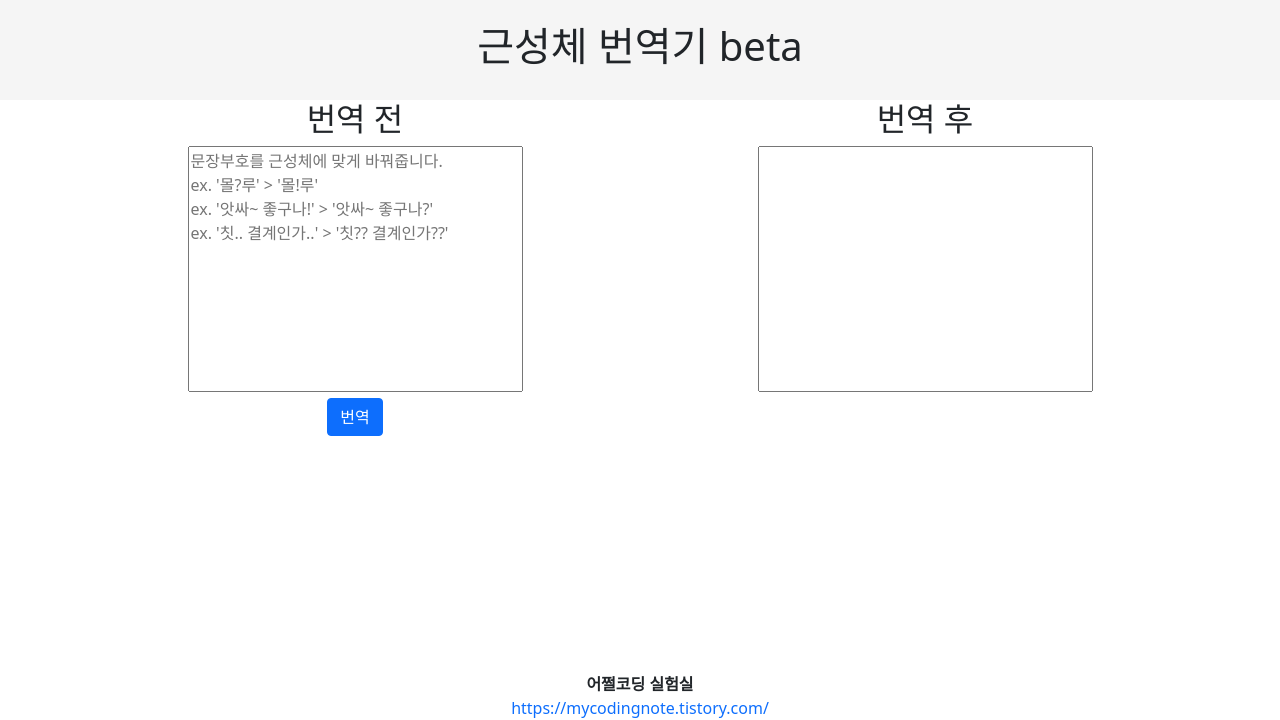
Repository: mickey530/jsp_practice
Page: http://localhost/JSPBasic/sungmo_send.jsp
These files come from the project's save history. The page is drawn as it stood at one moment and after the next save; the edit follows.
The browser window is 1280 px wide. The pictures show the whole page.
The page is served by Tomcat 9.

Above is the page before, as saved 2022-02-05 17:35:36.

### JSPBasic/src/main/webapp/sungmo_send.jsp
<%@ page language="java" contentType="text/html; charset=UTF-8"
    pageEncoding="UTF-8"%>
<!DOCTYPE html>
<html>
<head>
<meta charset="UTF-8">
<!-- 미디어 쿼리 -->
<meta name="viewport" content="width=device-width, initial-scale=1">
<!-- 부트스트랩 링크 -->
<link href="https://cdn.jsdelivr.net/npm/bootstrap@5.1.3/dist/css/bootstrap.min.css" rel="stylesheet" integrity="sha384-1BmE4kWBq78iYhFldvKuhfTAU6auU8tT94WrHftjDbrCEXSU1oBoqyl2QvZ6jIW3" crossorigin="anonymous">
<style>
	header {margin:0px; padding:20px; position:sticky; top:0px; background-color:whitesmoke; border:solid 2px whitesmoke;}
	h1, h2 {text-align:center;}
	textarea {resize:none;}
	footer {
		width:100%;
		text-align:center;
		position:fixed;
		left:0px;
		bottom:0px;
		}
	a {text-decoration:none;}

</style>
<title>근성체 번역기</title>
</head>
<body>

	<header>

		<h1>근성체 번역기 beta</h1>

	</header>

<div class="container-md">

	<div class="row">

		<div class="col">
			<h2>번역 전</h2>
			<form action="sungmo_getpost.jsp" method="get" style="text-align:center">
				<textarea name="text" placeholder="문장부호를 근성체에 맞게 바꿔줍니다.&#13;&#10;ex. '몰?루' > '몰!루'&#13;&#10;ex. '앗싸~ 좋구나!' > '앗싸~ 좋구나?'&#13;&#10;ex. '칫.. 결계인가..' > '칫?? 결계인가??' " rows="10" cols="34" resize="none"></textarea><br/>
				<input type="submit" class="btn btn-primary" value="번역"/>
			</form>
		</div>

		<div class="col">
			<h2>번역 후</h2>
			<div class="result">

				<form action="sungmo_getpost.jsp" method="get" style="text-align:center">
					<textarea name="text" rows="10" cols="34"></textarea><br/>
				</form>

			</div>

	</div>

</div>

<footer>
	<strong>어쩔코딩 실험실</strong><br/>
	<a href="https://mycodingnote.tistory.com/">https://mycodingnote.tistory.com/</a>
</footer>

</body>
</html>

After the next save:
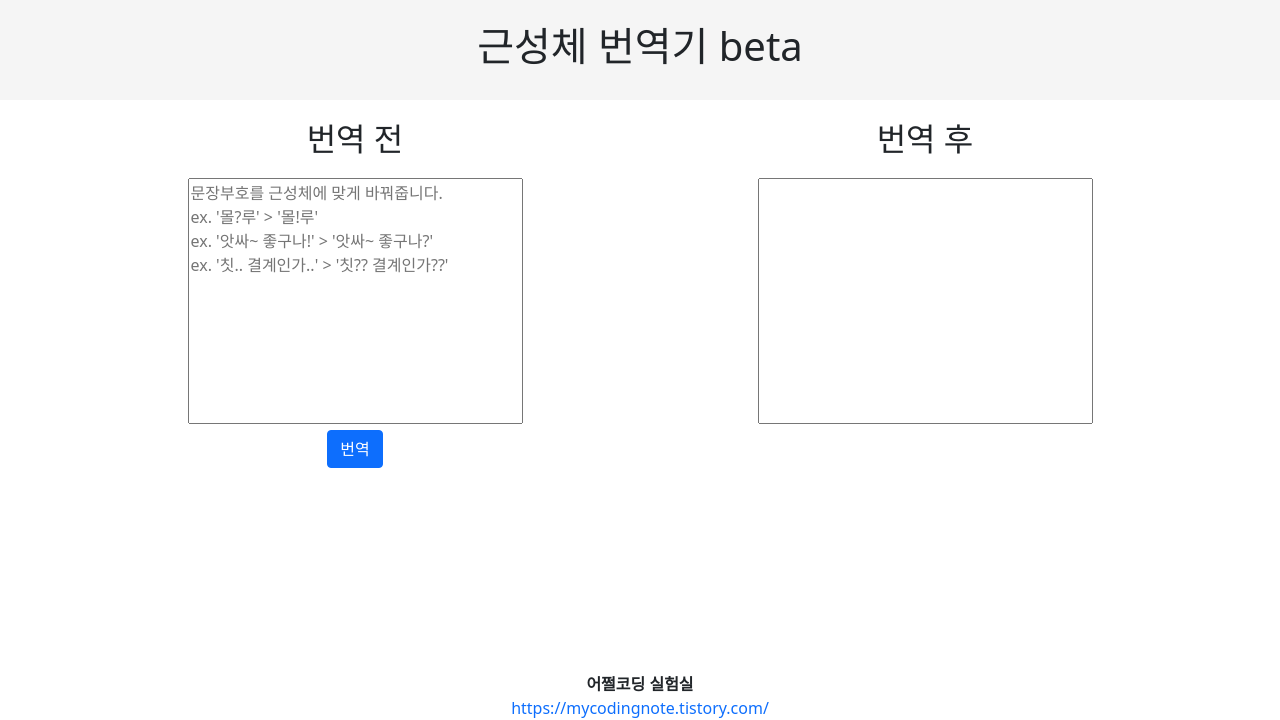
Saved 53 s later.
--- a/JSPBasic/src/main/webapp/sungmo_send.jsp
+++ b/JSPBasic/src/main/webapp/sungmo_send.jsp
@@ -11,6 +11,7 @@
 <style>
 	header {margin:0px; padding:20px; position:sticky; top:0px; background-color:whitesmoke; border:solid 2px whitesmoke;}
 	h1, h2 {text-align:center;}
+	h2 {margin:20px;}
 	textarea {resize:none;}
 	footer {
 		width:100%;

After the save that followed:
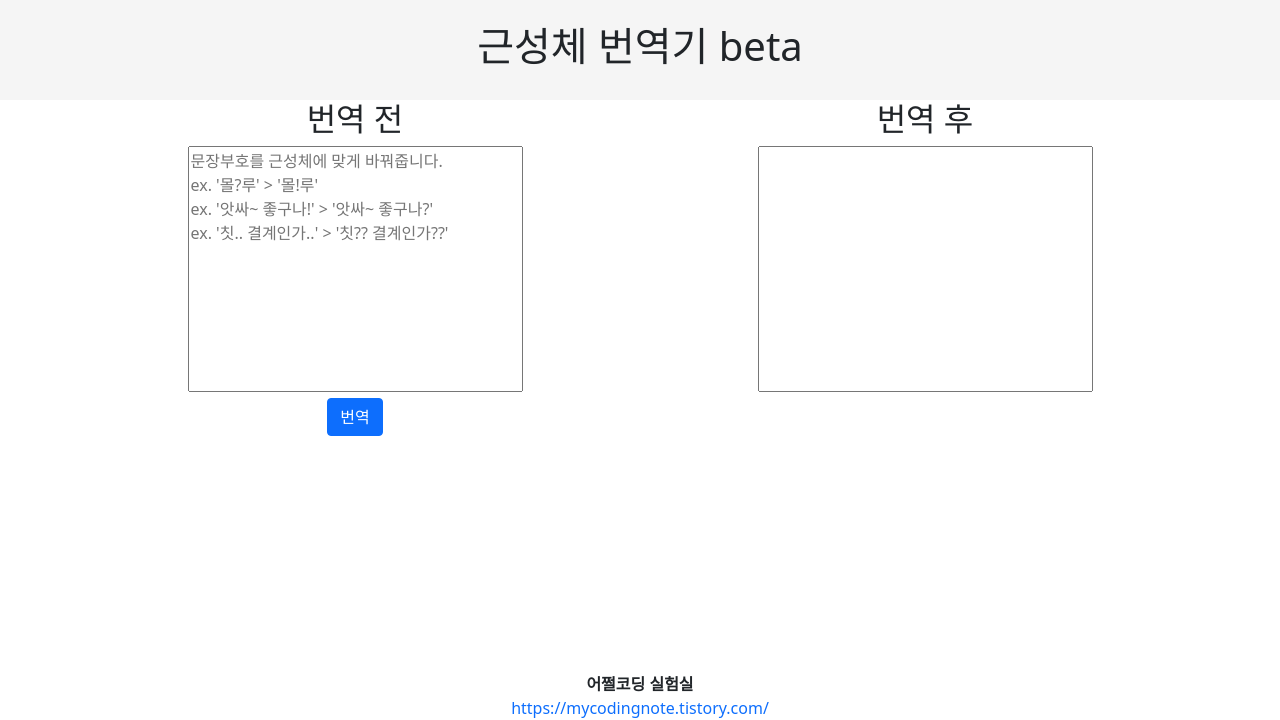
Saved 13 s later.
--- a/JSPBasic/src/main/webapp/sungmo_send.jsp
+++ b/JSPBasic/src/main/webapp/sungmo_send.jsp
@@ -11,7 +11,6 @@
 <style>
 	header {margin:0px; padding:20px; position:sticky; top:0px; background-color:whitesmoke; border:solid 2px whitesmoke;}
 	h1, h2 {text-align:center;}
-	h2 {margin:20px;}
 	textarea {resize:none;}
 	footer {
 		width:100%;
